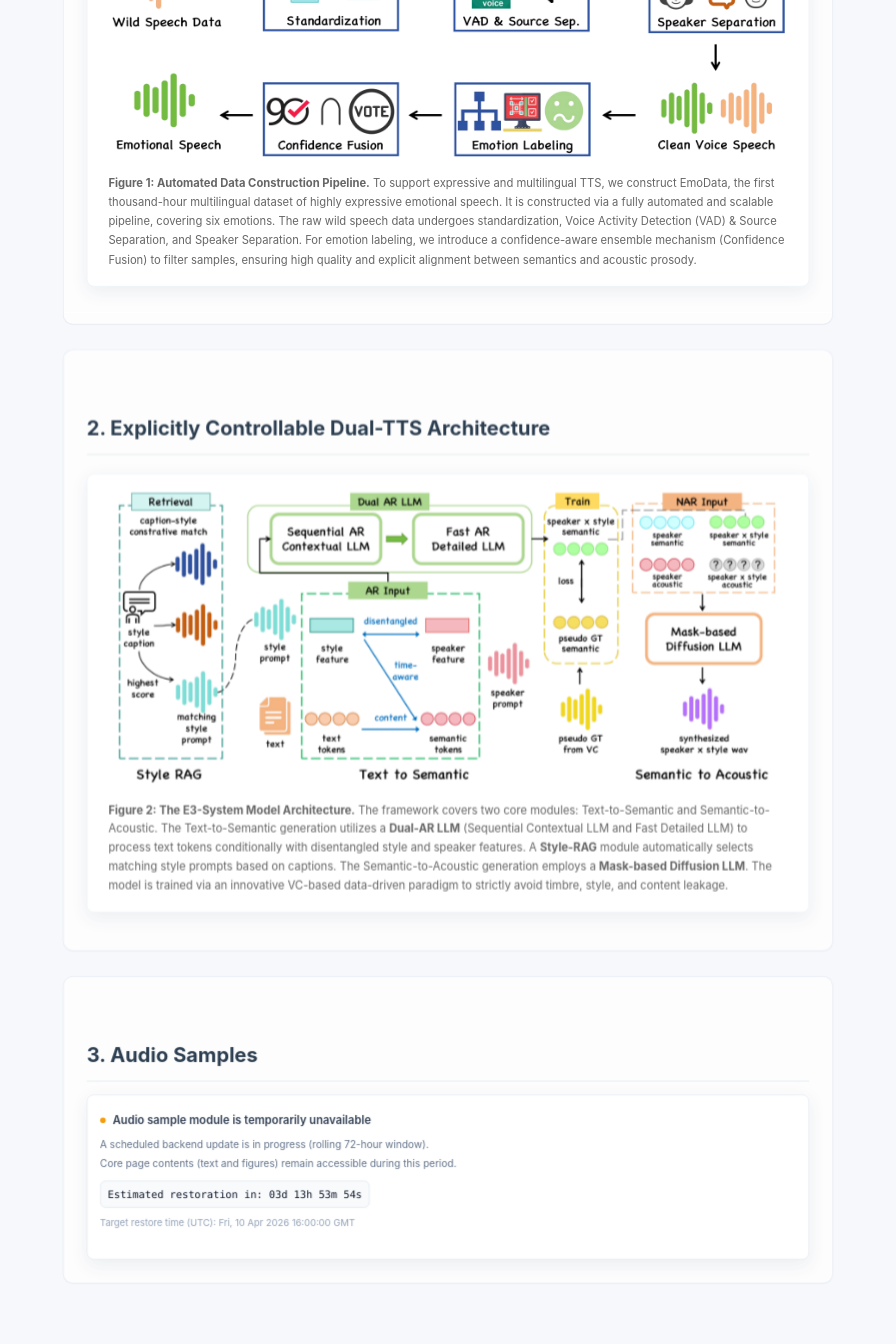
Repository: e3system/e3system.github.io
Page: index.html
The author's editor kept a copy of each file at every save. The page is drawn from the files as they stood at one save, then again after the next save.
The browser window is 1280 px wide. The pictures show the part of the page from y = 969 to 2889 px (the page is 2889 px tall before and 2854 px after), at 70% of full size.

Above is the page before, as saved 2026-04-08 03:26:43.

### index.html
<!DOCTYPE html>
<html lang="en">
<head>
    <meta charset="UTF-8">
    <meta name="viewport" content="width=device-width, initial-scale=1.0">
    <title>E3-System: Expressive EmoData, Explicitly Controllable, Easy-to-Use TTS</title>
    <style>
        :root {
            --primary-color: #2c3e50;
            --secondary-color: #34495e;
            --highlight-color: #e74c3c;
            --bg-color: #f6f8fb;
            --table-border: #e2e8f0;
            --content-width: 1360px;
            --radius-lg: 14px;
            --radius-md: 10px;
            --shadow-soft: 0 8px 24px rgba(44, 62, 80, 0.08);
        }
        * {
            box-sizing: border-box;
        }
        body {
            font-family: -apple-system, BlinkMacSystemFont, 'Segoe UI', Roboto, Helvetica, Arial, sans-serif;
            line-height: 1.7;
            color: #333;
            background-color: var(--bg-color);
            max-width: var(--content-width);
            margin: 0 auto;
            padding: clamp(30px, 4vw, 64px) clamp(28px, 7vw, 96px);
            font-size: clamp(14px, 0.25vw + 13px, 17px);
        }
        header {
            text-align: center;
            margin-bottom: clamp(40px, 6vw, 72px);
        }
        h1 {
            color: var(--primary-color);
            font-size: clamp(1.05rem, 1.35vw + 0.7rem, 1.72rem);
            line-height: 1.32;
            margin-bottom: 12px;
            letter-spacing: 0.01em;
            white-space: normal;
            max-width: 100%;
            word-break: break-word;
            overflow-wrap: anywhere;
            text-wrap: balance;
        }
        .authors {
            font-size: clamp(1rem, 0.8vw + 0.8rem, 1.25rem);
            color: var(--secondary-color);
            margin-bottom: 20px;
        }
        .conference {
            font-weight: bold;
            color: #7f8c8d;
        }
        h2 {
            color: var(--primary-color);
            border-bottom: 2px solid #ecf0f1;
            padding-bottom: 12px;
            margin-top: clamp(34px, 5vw, 54px);
            margin-bottom: 14px;
            font-size: clamp(1.3rem, 1vw + 1rem, 1.9rem);
        }
        h3 {
            color: var(--secondary-color);
            margin-top: clamp(24px, 3.5vw, 38px);
            margin-bottom: 8px;
            font-size: clamp(1.08rem, 0.6vw + 0.92rem, 1.35rem);
        }
        p {
            text-align: justify;
            margin-bottom: 18px;
        }
        section {
            background: rgba(255, 255, 255, 0.72);
            border: 1px solid rgba(226, 232, 240, 0.8);
            border-radius: var(--radius-lg);
            box-shadow: 0 1px 2px rgba(15, 23, 42, 0.04);
            padding: clamp(20px, 2.6vw, 34px);
            margin-bottom: clamp(24px, 3vw, 36px);
            backdrop-filter: blur(2px);
        }
        .figure-container {
            text-align: center;
            margin: 26px 0 20px;
            padding: clamp(16px, 2vw, 24px);
            background: #fff;
            border-radius: var(--radius-md);
            border: 1px solid #edf2f7;
            box-shadow: var(--shadow-soft);
        }
        .figure-container img {
            max-width: 100%;
            height: auto;
            border-radius: 8px;
        }
        .figure-caption {
            font-size: clamp(0.92rem, 0.2vw + 0.86rem, 1rem);
            color: #666;
            margin-top: 15px;
            text-align: left;
            padding: 0 6px;
        }
        /* Table Styling */
        table {
            width: 100%;
            border-collapse: collapse;
            margin: 25px 0;
            background: #fff;
            box-shadow: var(--shadow-soft);
            border-radius: var(--radius-md);
            border: 1px solid #edf2f7;
            overflow: hidden;
        }
        th, td {
            padding: clamp(12px, 1vw + 8px, 16px);
            text-align: left;
            border-bottom: 1px solid var(--table-border);
            vertical-align: middle;
        }
        th {
            background-color: #f7fafc;
            color: var(--primary-color);
            font-weight: 600;
            font-size: clamp(0.92rem, 0.2vw + 0.86rem, 1rem);
        }
        tr:hover {
            background-color: #f8fafc;
        }
        audio {
            width: 100%;
            max-width: 260px;
            height: 40px;
        }
        .text-content {
            font-style: italic;
            color: #555;
            max-width: 320px;
            font-size: clamp(0.92rem, 0.2vw + 0.86rem, 1rem);
        }
        .badge {
            display: inline-block;
            padding: 4px 8px;
            border-radius: 4px;
            background: #eef2f5;
            font-size: 0.85rem;
            font-weight: 600;
            color: var(--primary-color);
        }
        .maintenance-card {
            margin-top: 18px;
            padding: 22px 18px;
            border: 1px solid #e2e8f0;
            border-radius: 10px;
            background: #fff;
            box-shadow: var(--shadow-soft);
            color: #475569;
        }
        .maintenance-title {
            display: flex;
            align-items: center;
            gap: 10px;
            margin-bottom: 10px;
            font-size: 1rem;
            color: #334155;
            font-weight: 600;
        }
        .dot {
            width: 8px;
            height: 8px;
            border-radius: 999px;
            background: #f59e0b;
        }
        .maintenance-detail {
            font-size: 0.9rem;
            color: #64748b;
            margin: 2px 0 0;
        }
        .countdown {
            margin-top: 12px;
            display: inline-block;
            padding: 6px 10px;
            border-radius: 8px;
            background: #f8fafc;
            border: 1px solid #e2e8f0;
            color: #0f172a;
            font-family: ui-monospace, SFMono-Regular, Menlo, Consolas, monospace;
            font-size: 0.92rem;
        }
        .maintenance-note {
            margin-top: 10px;
            font-size: 0.84rem;
            color: #94a3b8;
        }
        @media (max-width: 900px) {
            body {
                padding: 24px 18px;
            }
            h1 {
                font-size: clamp(1rem, 3.8vw, 1.35rem);
            }
            section {
                padding: 18px 14px;
            }
        }
    </style>
</head>
<body>

    <header>
        <h1>E3-System: Expressive EmoData, Explicitly Controllable, Easy-to-Use TTS</h1>
        <div class="authors">Anonymous Interspeech submission</div>
    </header>

    <section id="abstract">
        <h2>Abstract</h2>
        <p>Recent TTS technology continues to advance, but user demand has raised higher standards for system-level practicality. Existing methods face challenges in balancing expressiveness, controllability, and usability. We propose <strong>E3-System</strong>, a framework that systematically addresses these challenges.</p>
        <p>Our system introduces <strong>EmoData</strong>, the first thousand-hour multilingual and expressive emotional speech dataset built through a fully automated pipeline. We also propose <strong>Dual-TTS</strong>, a dual-prompt model trained with a novel strategy that disentangles timbre and style, enabling arbitrary "timbre × style" combinations. Supported by a Style-RAG module, our system significantly reduces user effort while achieving state-of-the-art results in naturalness and style consistency.</p>
    </section>

    <section id="dataset">
        <h2>1. Expressive EmoData Pipeline</h2>
        <div class="figure-container">
            <img src="assets/images/emodata_pipeline.png" alt="EmoData Dataset Pipeline">
            <div class="figure-caption">
                <strong>Figure 1: Automated Data Construction Pipeline.</strong> To support expressive and multilingual TTS, we construct EmoData, the first thousand-hour multilingual dataset of highly expressive emotional speech. It is constructed via a fully automated and scalable pipeline, covering six emotions. The raw wild speech data undergoes standardization, Voice Activity Detection (VAD) & Source Separation, and Speaker Separation. For emotion labeling, we introduce a confidence-aware ensemble mechanism (Confidence Fusion) to filter samples, ensuring high quality and explicit alignment between semantics and acoustic prosody.
            </div>
        </div>
    </section>

    <section id="model">
        <h2>2. Explicitly Controllable Dual-TTS Architecture</h2>
        <div class="figure-container">
            <img src="assets/images/model_architecture.png" alt="E3-System Model Architecture">
            <div class="figure-caption">
                <strong>Figure 2: The E3-System Model Architecture.</strong> The framework covers two core modules: Text-to-Semantic and Semantic-to-Acoustic. The Text-to-Semantic generation utilizes a <strong>Dual-AR LLM</strong> (Sequential Contextual LLM and Fast Detailed LLM) to process text tokens conditionally with disentangled style and speaker features. A <strong>Style-RAG</strong> module automatically selects matching style prompts based on captions. The Semantic-to-Acoustic generation employs a <strong>Mask-based Diffusion LLM</strong>. The model is trained via an innovative VC-based data-driven paradigm to strictly avoid timbre, style, and content leakage.
            </div>
        </div>
    </section>

    <section id="demos">
        <h2>3. Audio Samples</h2>
        <div class="maintenance-card" id="audio-maintenance-card">
            <div class="maintenance-title">
                <span class="dot" aria-hidden="true"></span>
                <span>Audio sample module is temporarily unavailable</span>
            </div>
            <p class="maintenance-detail">A scheduled backend update is in progress (rolling 72-hour window).</p>
            <p class="maintenance-detail">Core page contents (text and figures) remain accessible during this period.</p>
            <div class="countdown" id="audio-countdown">Estimated restoration in: --:--:--</div>
            <p class="maintenance-note" id="audio-deadline-note">Target restore time (UTC): --</p>
        </div>
    </section>

    <script>
        const MAINTENANCE_END_UTC = "2026-04-10T16:00:00Z";

        function formatRemain(ms) {
            const total = Math.floor(ms / 1000);
            const days = Math.floor(total / 86400);
            const hours = Math.floor((total % 86400) / 3600);
            const mins = Math.floor((total % 3600) / 60);
            const secs = total % 60;
            return `${String(days).padStart(2, "0")}d ${String(hours).padStart(2, "0")}h ${String(mins).padStart(2, "0")}m ${String(secs).padStart(2, "0")}s`;
        }

        function tickCountdown() {
            const end = new Date(MAINTENANCE_END_UTC).getTime();
            const now = Date.now();
            const remain = end - now;
            const box = document.getElementById("audio-countdown");
            const note = document.getElementById("audio-deadline-note");
            if (!box || !note) return;

            note.textContent = `Target restore time (UTC): ${new Date(end).toUTCString()}`;
            if (remain > 0) {
                box.textContent = `Estimated restoration in: ${formatRemain(remain)}`;
            } else {
                box.textContent = "Maintenance window ended. Samples may reappear after next deployment sync.";
            }
        }

        tickCountdown();
        window.setInterval(tickCountdown, 1000);
    </script>

</body>
</html>

After the next save:
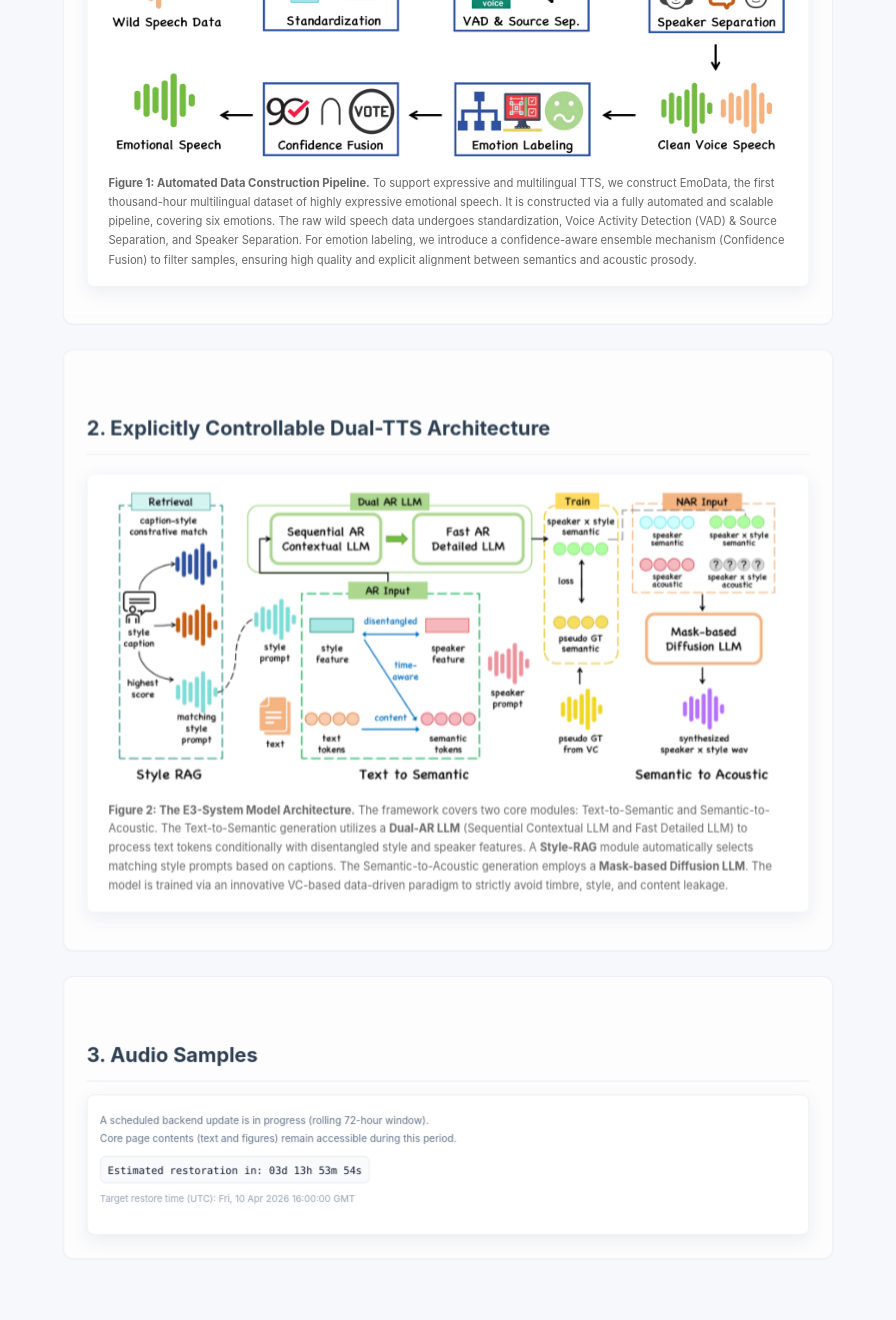
Saved 9 min 59 s later.
--- a/index.html
+++ b/index.html
@@ -242,10 +242,6 @@
     <section id="demos">
         <h2>3. Audio Samples</h2>
         <div class="maintenance-card" id="audio-maintenance-card">
-            <div class="maintenance-title">
-                <span class="dot" aria-hidden="true"></span>
-                <span>Audio sample module is temporarily unavailable</span>
-            </div>
             <p class="maintenance-detail">A scheduled backend update is in progress (rolling 72-hour window).</p>
             <p class="maintenance-detail">Core page contents (text and figures) remain accessible during this period.</p>
             <div class="countdown" id="audio-countdown">Estimated restoration in: --:--:--</div>
